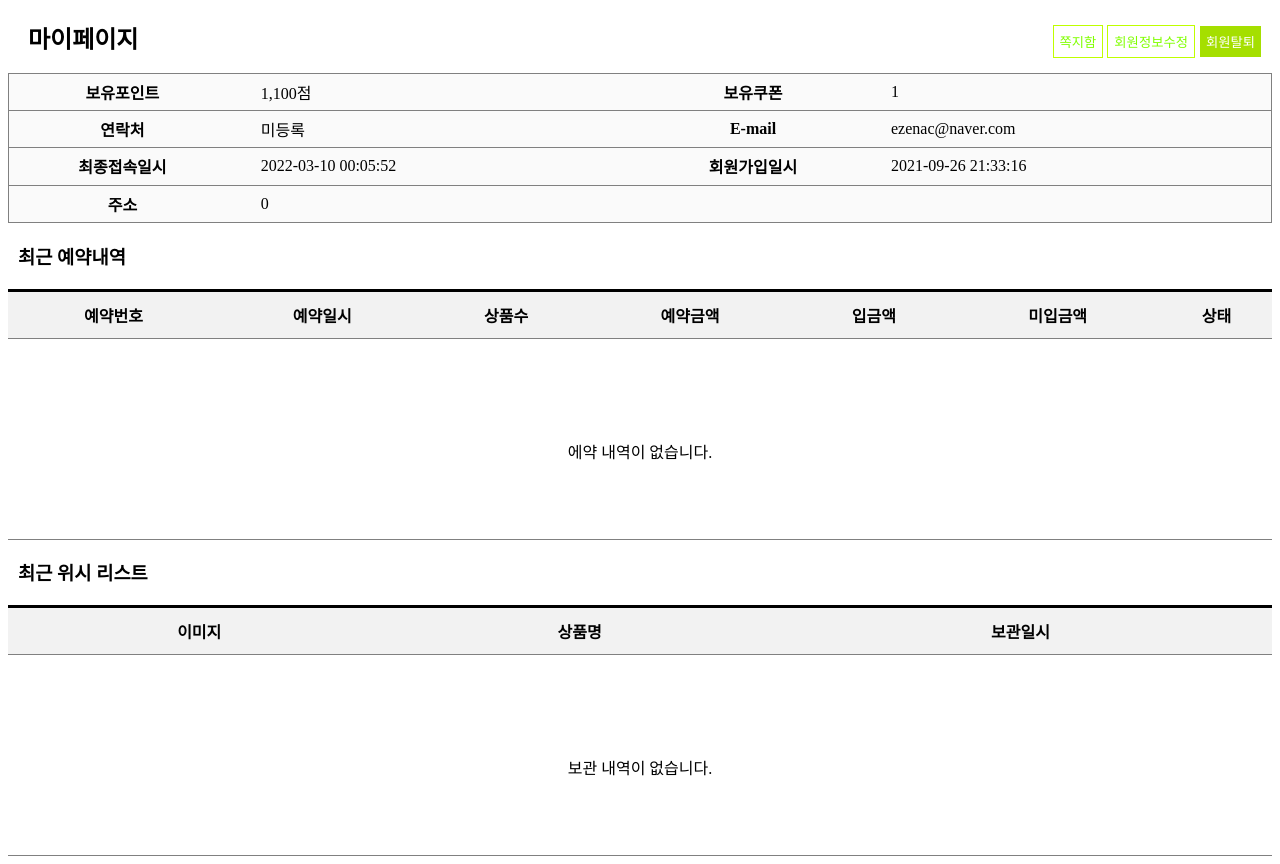
Repository: ks12b0000/JSP-School-Class
Page: chap10_JSP/src/main/webapp/Test/myPage.html
An editor plug-in stored every save of this project. The page is shown before and after the next save, followed by the edit.
The browser window is 1280 px wide. The pictures show the whole page.

Above is the page before, as saved 2022-06-04 11:42:23.

After the next save:
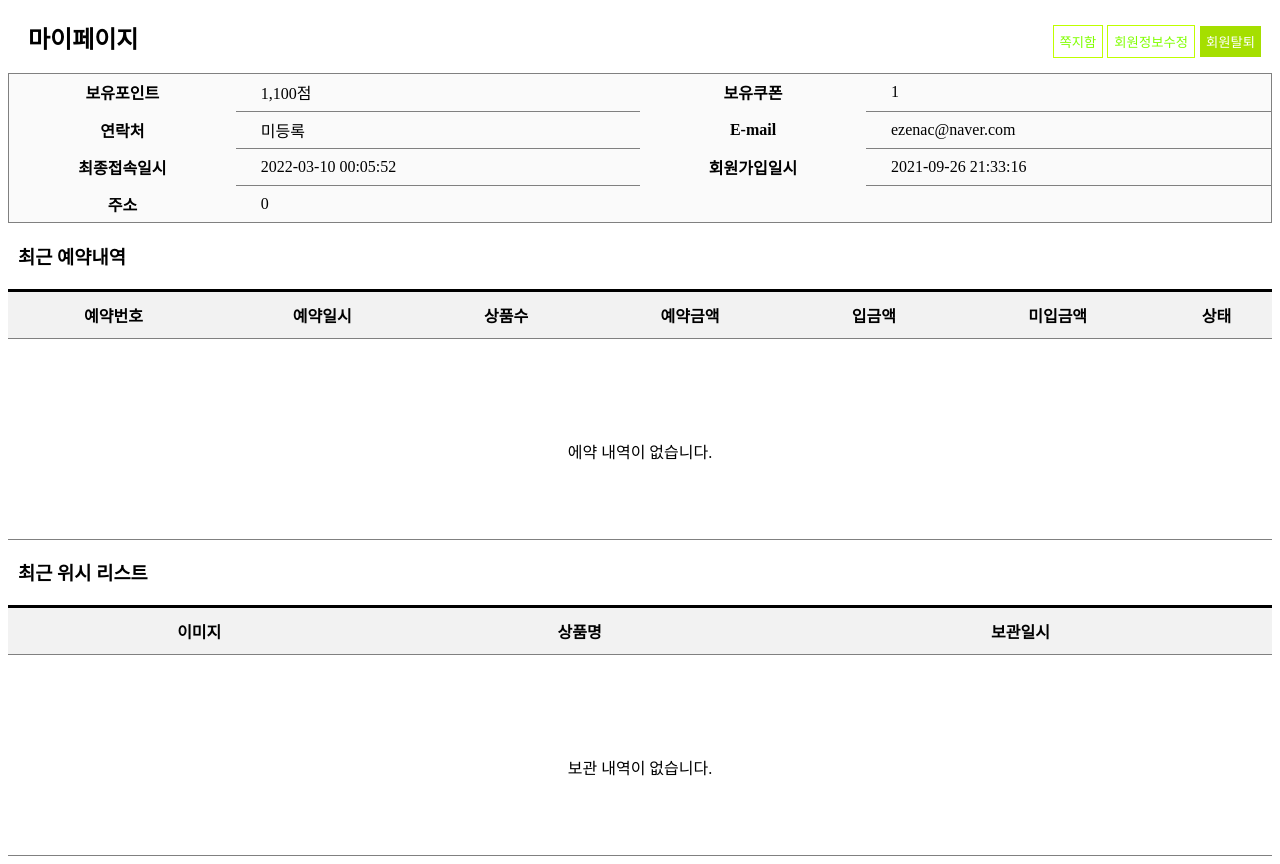
Saved 28 s later.
--- a/chap10_JSP/src/main/webapp/Test/loginWrite.css
+++ b/chap10_JSP/src/main/webapp/Test/loginWrite.css
@@ -170,7 +170,7 @@
 		height: 150px;
 		background-color: #FAFAFA;
 	}
-	.Profile111 #Profile112 th,td {
+	.Profile111th,td {
 		border-bottom: 1px solid gray;
 	}
 	.Profile2 {

After the save that followed:
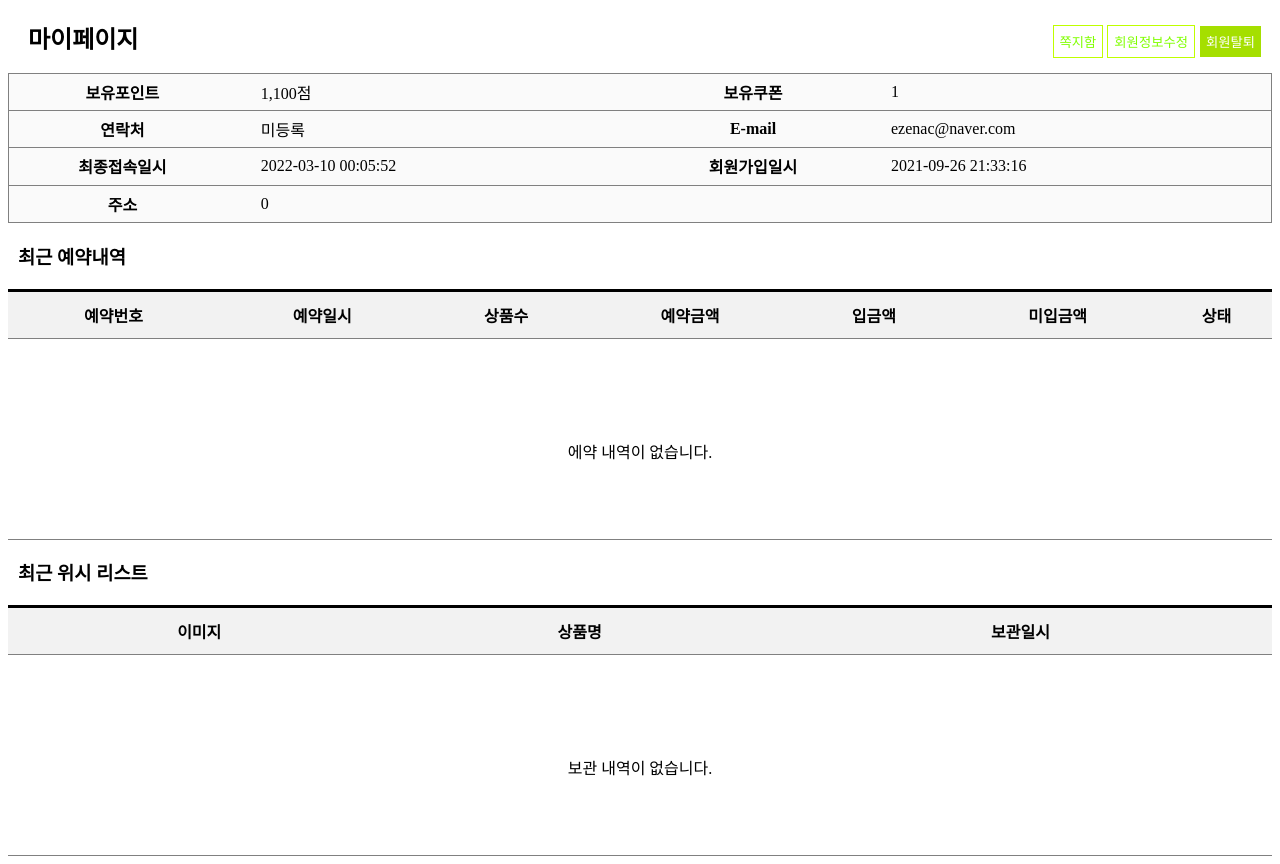
Saved 6 s later.
--- a/chap10_JSP/src/main/webapp/Test/loginWrite.css
+++ b/chap10_JSP/src/main/webapp/Test/loginWrite.css
@@ -170,7 +170,7 @@
 		height: 150px;
 		background-color: #FAFAFA;
 	}
-	.Profile111th,td {
+	.Profile111 th,td {
 		border-bottom: 1px solid gray;
 	}
 	.Profile2 {
